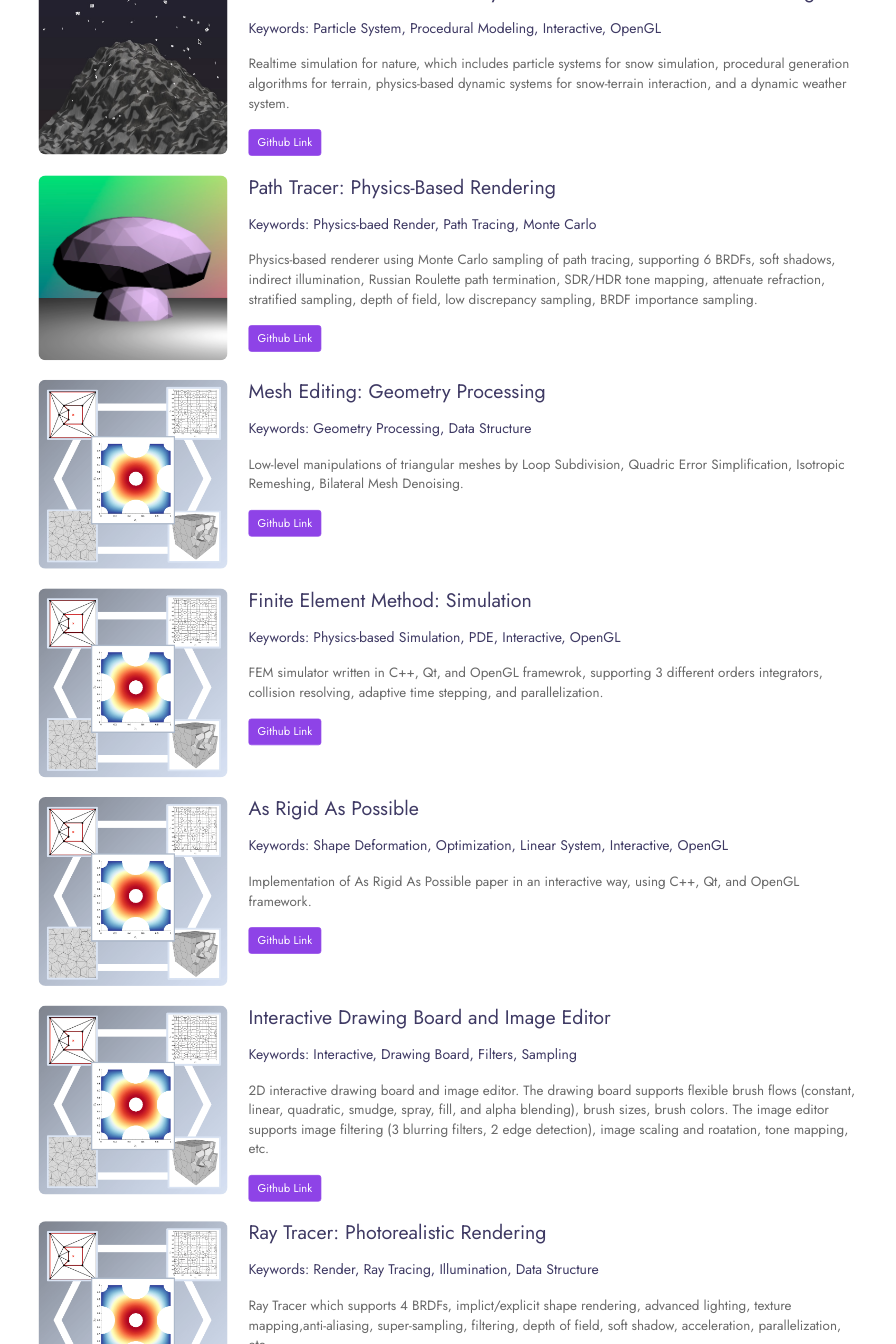
Repository: Junyu-Liu-Nate/junyu-liu-nate.github.io
Page: project.html
An editor plug-in stored every save of this project. The page is shown before and after the next save, followed by the edit.
The browser window is 1280 px wide. The pictures show the part of the page from y = 472 to 2392 px (the page is 3033 px tall before and 3023 px after), at 70% of full size.

Above is the page before, as saved 2024-04-10 19:24:59.
Console error: TypeError: Cannot read properties of null (reading 'classList')

After the next save:
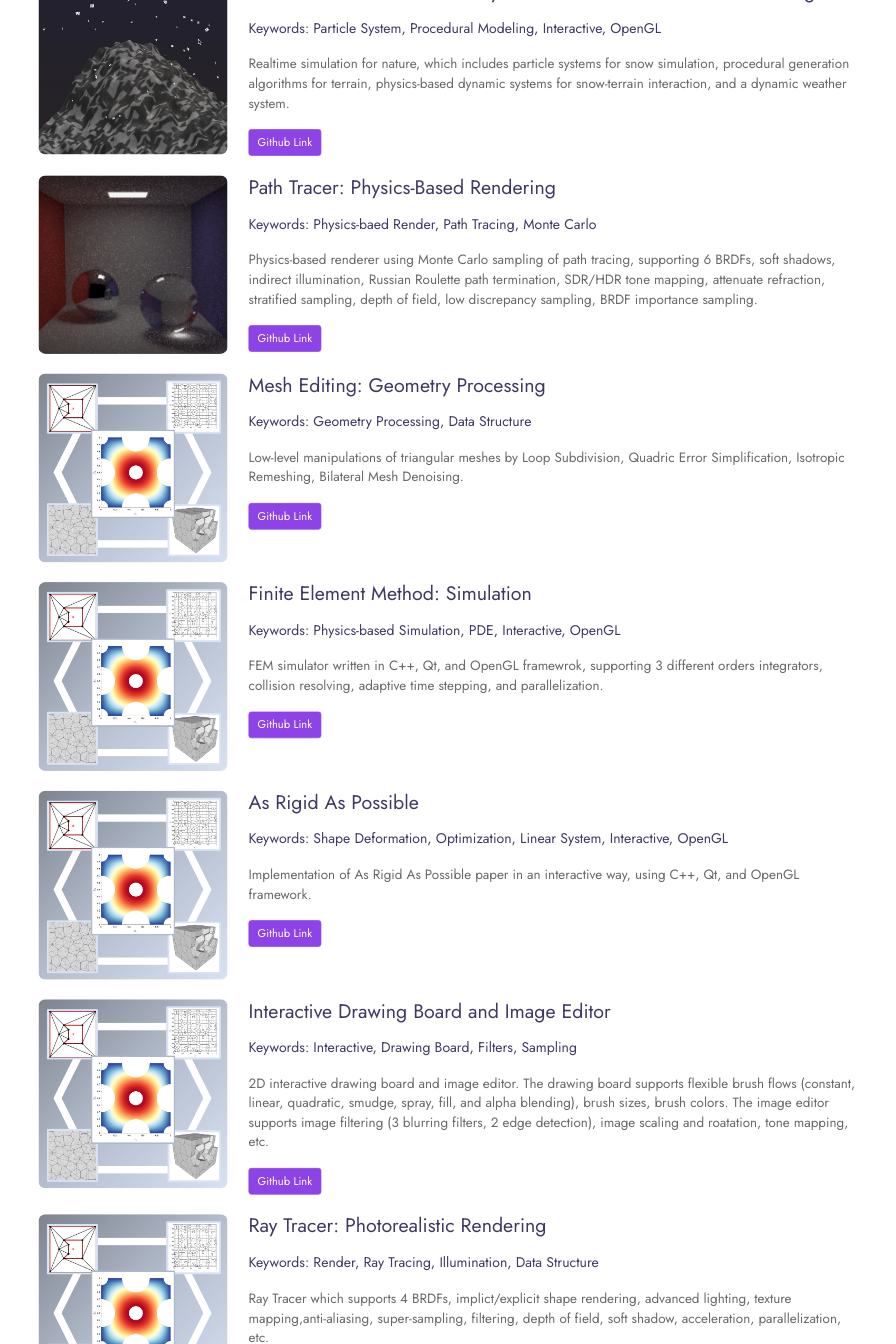
Saved 9 s later.
--- a/project.html
+++ b/project.html
@@ -126,7 +126,7 @@ Author URL: http://w3layouts.com
             <div class="row">
               <div class="col-lg-3">
                 <div class="position-relative">
-                    <img src="assets/images/code/fem.png" alt="" class="radius-image img-fluid">
+                    <img src="assets/images/code/path_tracer.png" alt="" class="radius-image img-fluid">
                 </div>
               </div>
               <div class="col-lg-9 mt-lg-0 mt-5">
